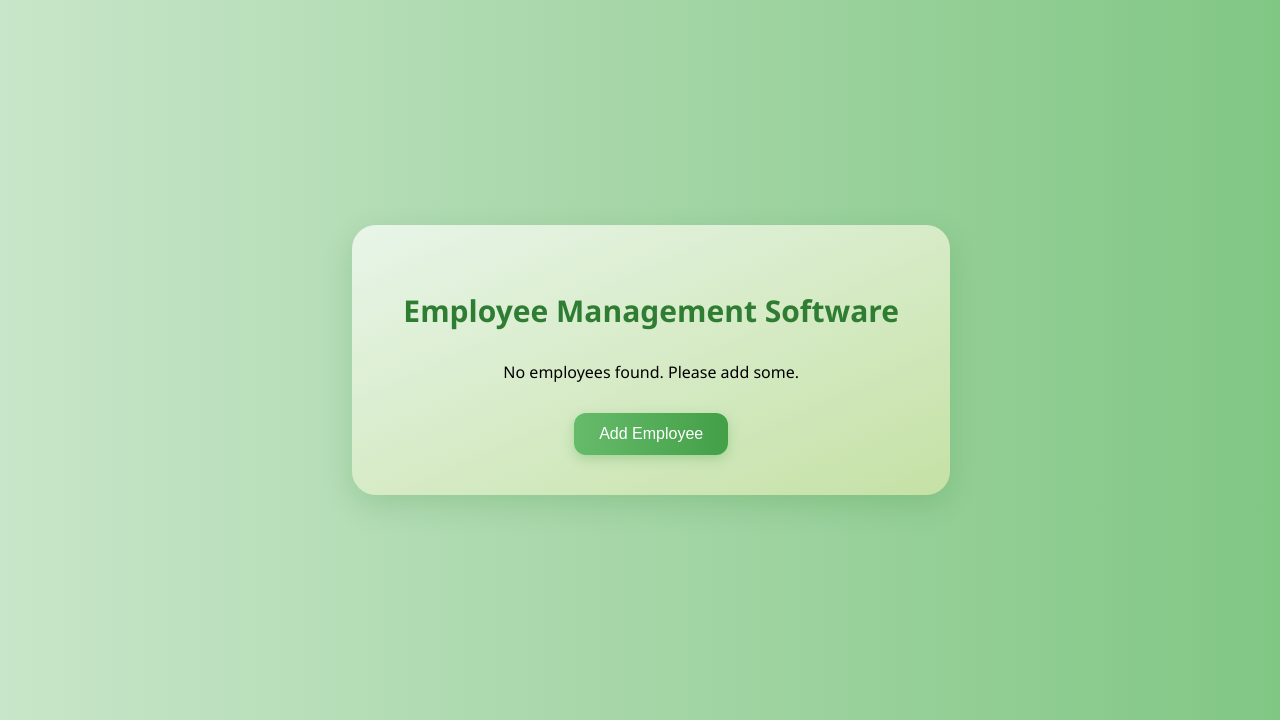
Repository: AfifaNoor/CRUD
Page: /dashboard
An editor plug-in stored every save of this project. The page is shown before and after the next save, followed by the edit.
The browser window is 1280 px wide. The pictures show the whole page.
The project was rebuilt for these pictures with package versions that can differ from the ones it lists, and the page was loaded fresh each time. Also part of the build but not shown: src/AdminPage.jsx, src/AddEmployee.jsx.

Above is the page before, as saved 2025-06-16 14:31:02.

After the next save:
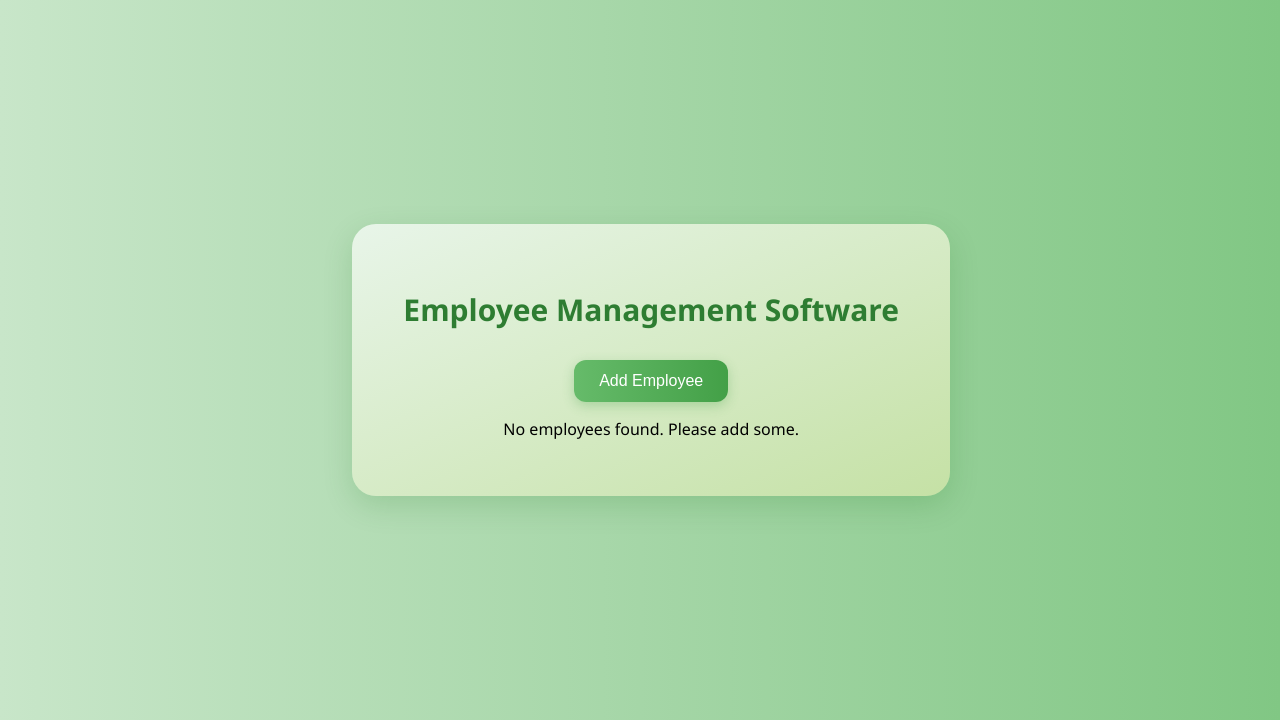
Saved 26 s later.
--- a/src/DashBoard.jsx
+++ b/src/DashBoard.jsx
@@ -28,6 +28,10 @@
     return (
       <div className="dashboard-page">
         <h2>Employee Management Software</h2>
+        {/* Button to navigate to the Add Employee form */}
+        <div className='add-employee-btn'>
+          <button className='add-employee' onClick={handleAddEmployee}>Add Employee</button>
+        </div>
 
         {/* If there are no employees, show a message */}
         {employees.length === 0 ? (
@@ -48,10 +52,6 @@
           </div>
         )}
 
-        {/* Button to navigate to the Add Employee form */}
-        <div className='add-employee-btn'>
-          <button className='add-employee' onClick={handleAddEmployee}>Add Employee</button>
-        </div>
       </div>
     );
   };
